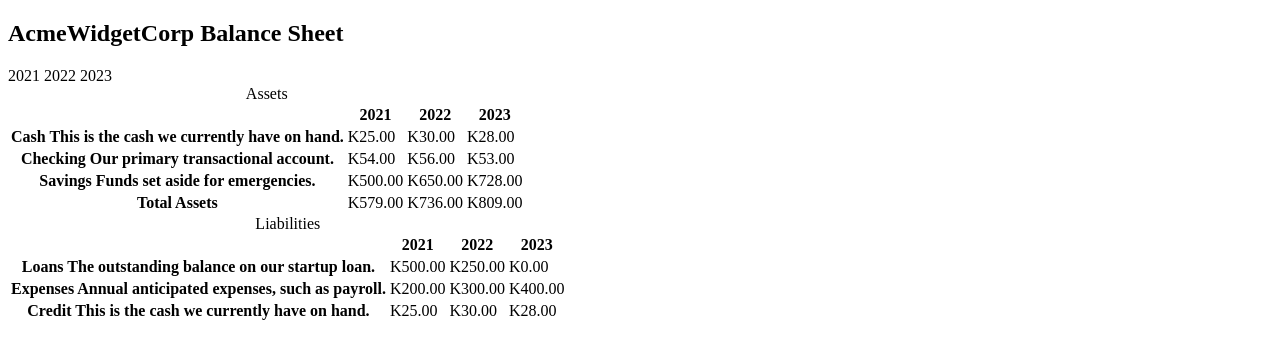
Repository: Lungdjos/balance_shee
Page: index.html
An editor plug-in stored every save of this project. The page is shown before and after a run of saves, followed by the edit.
The browser window is 1280 px wide. The pictures show the whole page.

Above is the page before, as saved 2023-10-31 16:57:09.

### index.html
<!DOCTYPE html>
<html lang="en">

<head>
    <meta charset="UTF-8">
    <meta name="viewport" content="width=device-width, initial-scale=1.0">
    <title>Balance Sheet</title>
    <link rel="stylesheet" href="styles.css">
</head>

<body>
    <main>
        <section>
            <h1>
                <span class="flex">
                <span>AcmeWidgetCorp</span>
                <span>Balance Sheet</span>
                </span>
            </h1>
            <div id="years" aria-hidden="true">
                <span class="year">2021</span>
                <span class="year">2022</span>
                <span class="year">2023</span>
            </div>
            <div class="table-wrap">
                <table>
                    <caption>Assets</caption>
                    <thead>
                        <tr>
                            <td></td>
                            <th><span class="sr-only year">2021</span></th>
                            <th><span class="sr-only year">2022</span></th>
                            <th class="current"><span class="current">2023</span></th>
                        </tr>
                    </thead>
                    <tbody>
                        <tr class="data">
                            <th>
                                Cash <span class="description">This is the cash we currently have on hand.</span>
                            </th>
                            <td>K25.00</td>
                            <td>K30.00</td>
                            <td class="current">K28.00</td>
                        </tr>
                        <tr class="data">
                            <th>
                                Checking <span class="description">Our primary transactional account.</span>
                            </th>
                            <td>K54.00</td>
                            <td>K56.00</td>
                            <td class="current">K53.00</td>
                        </tr>
                        <tr class="data">
                            <th>
                                Savings <span class="description">Funds set aside for emergencies.</span>
                            </th>
                            <td>K500.00</td>
                            <td>K650.00</td>
                            <td class="current">K728.00</td>
                        </tr>
                        <tr class="total">
                            <th>
                                Total <span class="sr-only">Assets</span>
                            </th>
                            <td>K579.00</td>
                            <td>K736.00</td>
                            <td class="current">K809.00</td>
                        </tr>
                    </tbody>
                </table>
                <table>
                    <caption>Liabilities</caption>
                    <thead>
                        <tr>
                            <td></td>
                            <th><span class="sr-only">2021</span></th>
                            <th><span class="sr-only">2022</span></th>
                            <th><span class="sr-only">2023</span></th>

                        </tr>
                    </thead>
                    <tbody>
                        <tr class="data">
                            <th>
                                Loans <span class="description">The outstanding balance on our startup loan.</span>
                            </th>
                            <td>K500.00</td>
                            <td>K250.00</td>
                            <td class="current">K0.00</td>
                        </tr>
                        <tr class="data">
                            <th>
                                Expenses <span class="description">Annual anticipated expenses, such as payroll.</span>
                            </th>
                            <td>K200.00</td>
                            <td>K300.00</td>
                            <td class="current">K400.00</td>
                        </tr>
                        <tr class="data">
                            <th>
                                Credit <span class="description">This is the cash we currently have on hand.</span>
                            </th>
                            <td>K25.00</td>
                            <td>K30.00</td>
                            <td class="current">K28.00</td>
                        </tr>
                        <tr class="total"></tr>
                    </tbody>
                </table>
                <table></table>
            </div>
        </section>
    </main>
</body>

</html>

</html>

Loaded but not shown: styles.css (no copy from this time; the picture is the same without it)

After the next 3 saves:
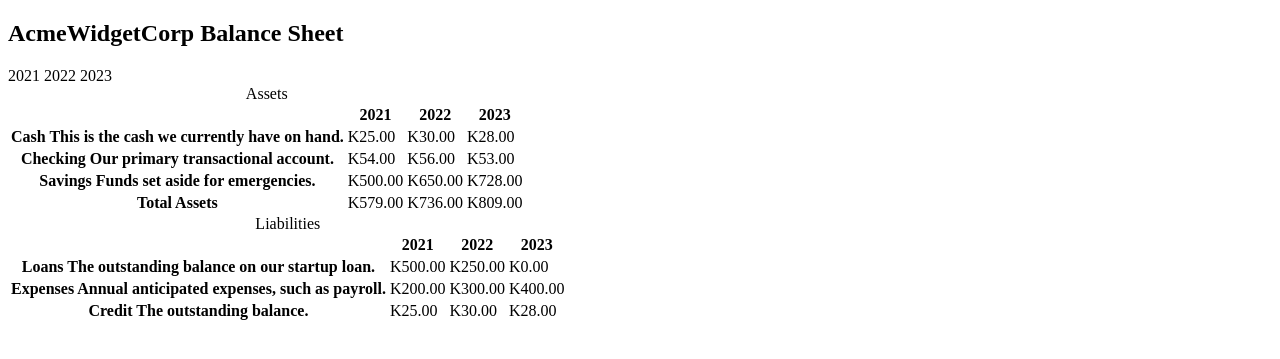
The 3 saves are shown as one change because they came seconds apart.
The last was saved 13 s later.
--- a/index.html
+++ b/index.html
@@ -98,7 +98,7 @@
                         </tr>
                         <tr class="data">
                             <th>
-                                Credit <span class="description">This is the cash we currently have on hand.</span>
+                                Credit <span class="description">The outstanding balance.</span>
                             </th>
                             <td>K25.00</td>
                             <td>K30.00</td>
